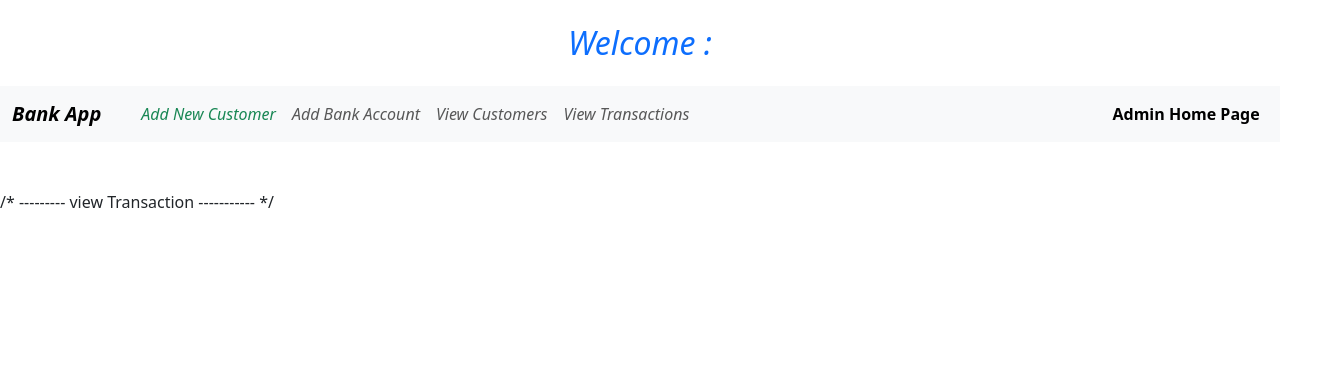
Repository: Niket-mishra/Dummy
Page: http://localhost/demo/user-list.jsp
The author's editor kept a copy of each file at every save. The page is drawn from the files as they stood at one save, then again after the next save.
The browser window is 1280 px wide. The page is 1280 px wide, then 1328 px, so the pictures cover 1328 px, including what lies to the right of the window. The pictures show the whole page.
After loading, the first visible `a[onclick="showDiv3()"]` was clicked once.
The page is served by Tomcat 9. Other server files are loaded and not shown. The template is opened directly, without the code that normally fills it, so the values that code supplies are empty.

Above is the page before, as saved 2024-05-12 07:00:44.
Console error: ReferenceError: showDiv3 is not defined

### demo/src/main/webapp/user-list.jsp
<%@ page language="java" contentType="text/html; charset=UTF-8"
 pageEncoding="UTF-8"%>
    <%@ taglib uri="http://java.sun.com/jsp/jstl/core" prefix="c"%>
        <html>

        <head>
            <title>Admin Home</title>
<link href="https://cdn.jsdelivr.net/npm/bootstrap@5.3.3/dist/css/bootstrap.min.css" rel="stylesheet">
<style>

	#myDiv3 {
            display: none;
            margin-top: 10px;
            cursor: pointer;
       		 }
</style>
        </head>

        <body>
<h2 class ="mb-4 mt-4 fst-italic text-primary text-center">Welcome : ${fname}</h2>
<nav class="navbar navbar-expand-lg bg-body-tertiary mb-5">
  <div class="container-fluid">
    <a class="navbar-brand" href="/"><b><i>Bank App</i></b></a>
    <button class="navbar-toggler" type="button" data-bs-toggle="collapse" data-bs-target="#navbarText" aria-controls="navbarText" aria-expanded="false" aria-label="Toggle navigation">
      <span class="navbar-toggler-icon"></span>
    </button>
    <div class="collapse navbar-collapse ms-3" id="navbarText">
      <ul class="navbar-nav me-auto mb-2 mb-lg-0">
        <li class="nav-item">
          <a href="<%=request.getContextPath()%>/new" class="nav-link active fst-italic align-bottom d-flex justify-content-end link-success link-offset-2 link-underline-opacity-25 link-underline-opacity-100-hover" id="myAnchor" onclick="showDiv()" >Add New Customer</a>
        </li>
        <li class="nav-item fst-italic align-bottom d-flex justify-content-end link-success link-offset-2 link-underline-opacity-25 link-underline-opacity-100-hover">
          <a class="nav-link" href="#" onclick="hideDiv()">Add Bank Account</a>
        </li>
        <li class="nav-item fst-italic align-bottom d-flex justify-content-end link-success link-offset-2 link-underline-opacity-25 link-underline-opacity-100-hover">
          <a class="nav-link" onclick="showDiv2()">View Customers</a>
        </li>
        <li class="nav-item fst-italic align-bottom d-flex justify-content-end link-success link-offset-2 link-underline-opacity-25 link-underline-opacity-100-hover">
          <a class="nav-link" onclick="showDiv3()">View Transactions</a>
        </li>
      </ul>
      <span class="navbar-text">
        <b> <a href ="AdminHomePage.jsp" class="text-decoration-none">Admin Home Page</a> &nbsp;</b>
      </span>
    </div>
  </div>
</nav>


<div class = " me-5 pe-5" id="myDiv3">
<h2 class ="mb-4 fst-italic text-primary ms-5 ps-5">Customer Details</h2>
                    <table border="1" class="table table-hover ms-5 me-5 ps-5 pe-5 mb-4">
                        <thead>
                            <tr>
                                <th>ID</th>
                                <th>First Name</th>
                                <th>Last Name</th>
                                <th>Email</th>
                                <th>Account Number</th>
                                <th>Balance</th>

                            </tr>
                        </thead>
                        <tbody>
                            <c:forEach var="user" items="${listUser}">
                                <tr>
                                    <td>
                                        <c:out value="${user.id}" />
                                    </td>
                                    <td>
                                        <c:out value="${user.fname}" />
                                    </td>
                                    <td>
                                        <c:out value="${user.lname}" />
                                    </td>
                                    <td>
                                        <c:out value="${user.email}" />
                                    </td>
                                    <td>
                                        <c:out value="${user.accounts.accNo}" />
                                    </td>
                                    <td>
                                        <c:out value="${user.accounts.balance}" />
                                    </td>
                                </tr>
                            </c:forEach>
                            <!-- } -->
                        </tbody>
					</table>
           </div>

          /* --------- view Transaction ----------- */




           <script>

          </script>
        </body>

        </html>

After the next save:
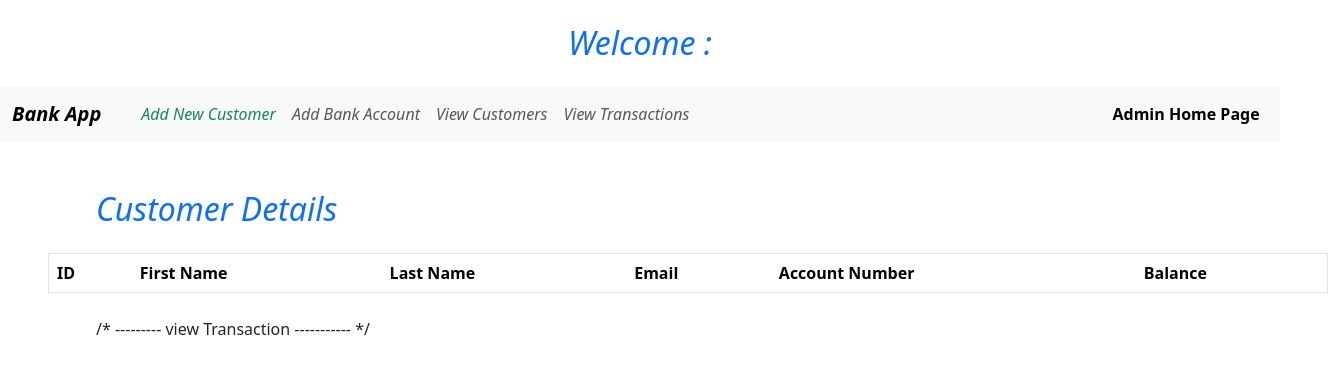
Console error: TypeError: Cannot read properties of null (reading 'style')
Saved 24 s later.
--- a/demo/src/main/webapp/user-list.jsp
+++ b/demo/src/main/webapp/user-list.jsp
@@ -95,7 +95,18 @@
 
 
            <script>
+           function showDiv3() {
+               var divElement = document.getElementById("myDiv");
+               var divElement1 = document.getElementById("myDiv1");
+               var divElement2 = document.getElementById("myDiv2");
+               var divElement3 = document.getElementById("myDiv3");
 
+               if(divElement3.style.display = "inline"){
+               	divElement1.style.display = "none";
+               	divElement2.style.display = "none";
+               	divElement.style.display = "none";
+               }
+           }
           </script>
         </body>
 
